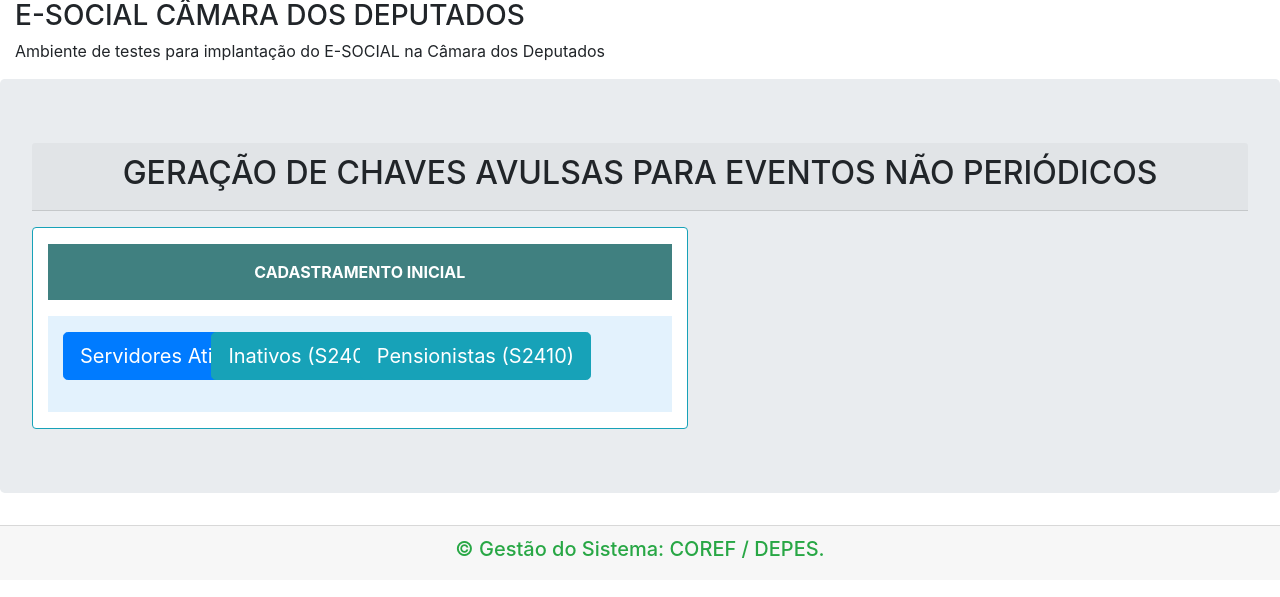
Repository: coref-depes/esocialapp
Page: http://localhost/paginaprincipal
An editor plug-in stored every save of this project. The page is shown before and after the next save, followed by the edit.
The browser window is 1280 px wide. The pictures show the whole page.
Some web fonts or font styles are not loaded; a fallback is used. The page is this project's Thymeleaf template; nobody is signed in. The template is opened directly, without the code that normally fills it, so the values that code supplies are empty.

Above is the page before, as saved 2022-08-03 15:13:52.

After the next save:
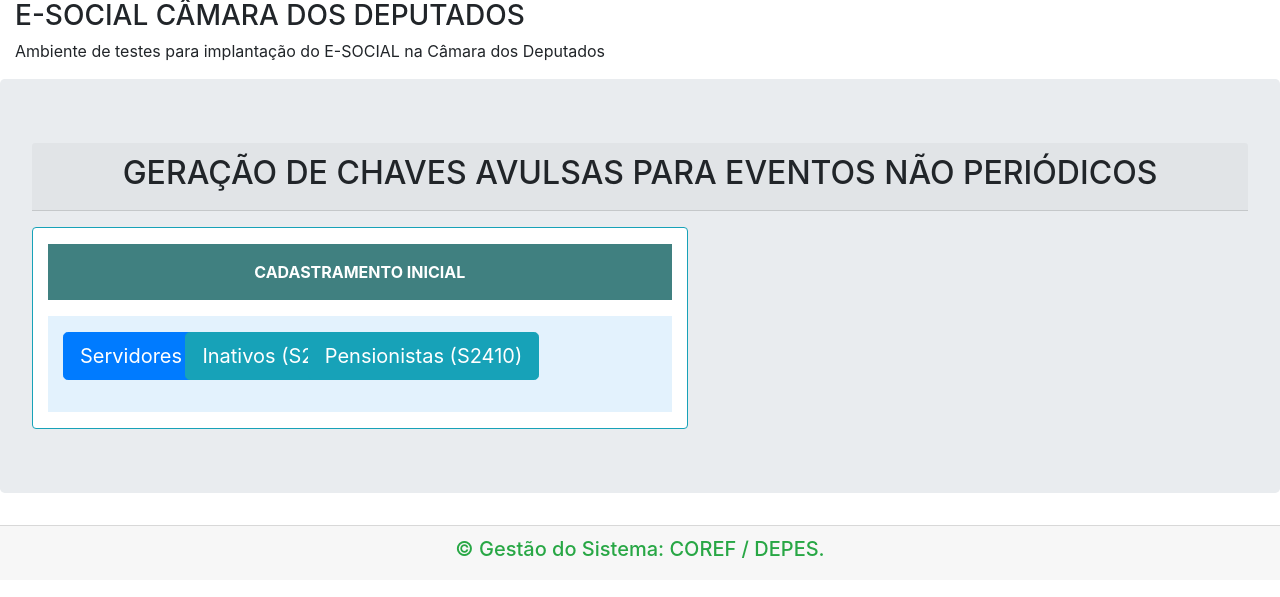
Saved 37 s later.
--- a/br.gov.camara.esocial/src/main/resources/templates/paginaprincipal.html
+++ b/br.gov.camara.esocial/src/main/resources/templates/paginaprincipal.html
@@ -75,7 +75,7 @@
          <div class="row col-md-8  align-items-center justify-content-start">
           <p>
          </div>
-          <div class="row col-md-12  align-items-left justify-content-start">
+          <div class="row col-md-10  align-items-left justify-content-start">
 
 
   			<div class="form-group col-md-3">
